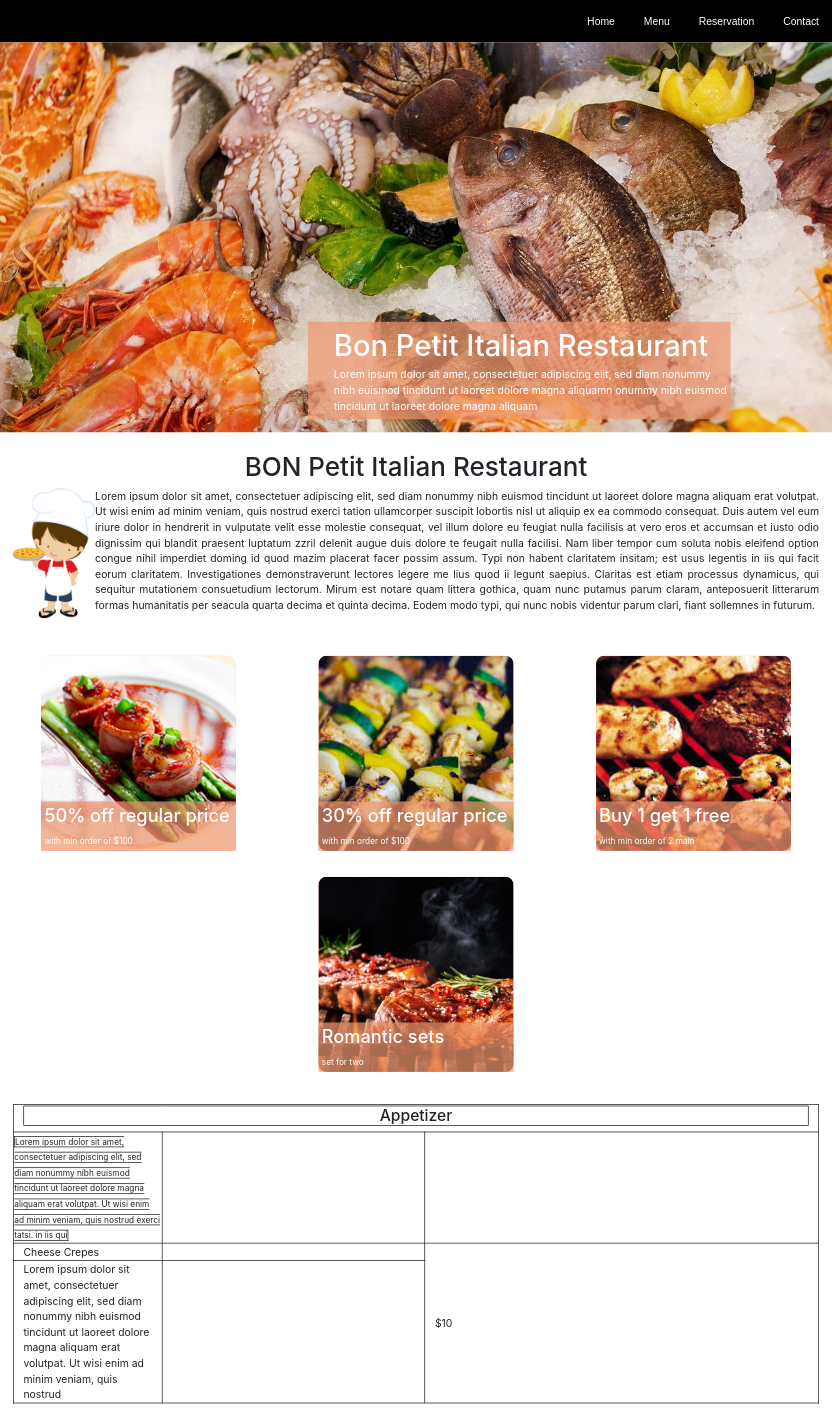
Repository: 4forces/HTML-CSS-LESSON
Page: lesson04-Mock-up-restaurant-tables/mock-up-project.html
The author's editor kept a record of every edit. The page is drawn from the files as they stood at one moment, then again after the next edit.
The browser window is 1280 px wide. The pictures show the whole page, at 65% of full size.

Above is the page before.

### lesson04-Mock-up-restaurant-tables/mock-up-project.html
<!doctype html>
<html lang="en">
  <head>
    <!-- Required meta tags -->
    <meta charset="utf-8">
    <meta name="viewport" content="width=device-width, initial-scale=1, shrink-to-fit=no">

    <!-- Bootstrap CSS -->
    <link rel="stylesheet" href="https://stackpath.bootstrapcdn.com/bootstrap/4.5.0/css/bootstrap.min.css" integrity="sha384-9aIt2nRpC12Uk9gS9baDl411NQApFmC26EwAOH8WgZl5MYYxFfc+NcPb1dKGj7Sk" crossorigin="anonymous">

    <link rel="stylesheet" href="styles/mock-up.css" type="text/css" />
    <title>Hello, world!</title>
  </head>
  <body>
     <!--Navbar -->
    <header>
        <nav>
            <ul>
                <li><a href=''>Home</a></li>
                <li><a href=''>Menu</a></li>
                <li><a href=''>Reservation</a></li>
                <li><a href=''>Contact</a></li>
            </ul>
        </nav>
    </header>
    <!--end of navbar-->

    <!--Hero image with callout-->
    <div id="hero-image">
        <div>&nbsp</div>
        <div id='callout'>
            <h1>Bon Petit Italian Restaurant</h1>
            <p>Lorem ipsum dolor sit amet, consectetuer adipiscing elit,
            sed diam nonummy nibh euismod tincidunt ut laoreet dolore
            magna aliquamn onummy nibh euismod tincidunt ut laoreet dolore
            magna aliquam</p>
        </div>
    </div>

    <!--About us section-->
    <main id='section-about'>
        <h1>BON Petit Italian Restaurant</h1>
        <img src="images/boy_chef.png" alt=''/>
        <p>Lorem ipsum dolor sit amet, consectetuer adipiscing elit,
        sed diam nonummy nibh euismod tincidunt ut laoreet dolore
        magna aliquam erat volutpat. Ut wisi enim ad minim veniam,
        quis nostrud exerci tation ullamcorper suscipit lobortis nisl
        ut aliquip ex ea commodo consequat. Duis autem vel eum iriure
        dolor in hendrerit in vulputate velit esse molestie consequat,
        vel illum dolore eu feugiat nulla facilisis at vero eros et
        accumsan et iusto odio dignissim qui blandit praesent luptatum
        zzril delenit augue duis dolore te feugait nulla facilisi.
        Nam liber tempor cum soluta nobis eleifend option congue
        nihil imperdiet doming id quod mazim placerat facer possim
        assum. Typi non habent claritatem insitam; est usus legentis
        in iis qui facit eorum claritatem. Investigationes
        demonstraverunt lectores legere me lius quod ii legunt saepius.
        Claritas est etiam processus dynamicus, qui sequitur mutationem
        consuetudium lectorum. Mirum est notare quam littera gothica,
        quam nunc putamus parum claram, anteposuerit litterarum formas
        humanitatis per seacula quarta decima et quinta decima. Eodem
        modo typi, qui nunc nobis videntur parum clari, fiant sollemnes
        in futurum.</p>

    </main>

    <!--section-promotion dishes-->
    <div id='section-promo'>
        <div class="promo-1 promo-frame">
            <div class='promo'>
                <h3>50% off regular price</h3>
                <small>with min order of $100</small>
            </div>
        </div>
        <div class="promo-2 promo-frame">
            <div class='promo'>
                <h3>30% off regular price</h3>
                <small>with min order of $100</small>
            </div>
        </div>
        <div class="promo-3 promo-frame">
            <div class='promo'>
                <h3>Buy 1 get 1 free</h3>
                <small>with min order of 2 main</small>
            </div>
        </div>
        <div class="promo-4 promo-frame">
            <div class='promo'>
                <h3>Romantic sets</h3>
                <small>set for two</small>
            </div>
        </div>

    </div>

    <!--Menu table-->
    <div id="section-menu">
        <table>
            <!--header-->
            <tr>
                <td colspan='3' class='col-1' style='text-align:center'><h4>Appetizer</h4></td>
            </tr>
            <!--description-->
            <tr>
                <td>
                    <small>Lorem ipsum dolor sit amet, consectetuer adipiscing elit,
                sed diam nonummy nibh euismod tincidunt ut laoreet dolore
                magna aliquam erat volutpat. Ut wisi enim ad minim veniam,
                quis nostrud exerci tatsi.
                in iis qui </small></td>
                <td></td>
                <td></td>
            </tr>
            <!--dish name-->
            <div></div>
            <tr>
                <td class='col-1'>Cheese Crepes</td>
                <td class='col-2'></td>
                <td rowspan='2' class='col-3'>$10</td>
            </tr>
            <!--description of dish-->
            <tr>
                <td class='col-1'>
                    Lorem ipsum dolor sit amet, consectetuer adipiscing elit,
                    sed diam nonummy nibh euismod tincidunt ut laoreet dolore
                    magna aliquam erat volutpat. Ut wisi enim ad minim veniam,
                    quis nostrud
                </td>
                <td></td>
                <!--<td></td>-->
            </tr>
            </div>
        </table>
    </div>
    <!--reviews by customer    -->

    <!--reservation form-->

    <!--footer to social media-->

    <!-- Optional JavaScript -->
    <!-- jQuery first, then Popper.js, then Bootstrap JS -->
    <script src="https://code.jquery.com/jquery-3.5.1.slim.min.js" integrity="sha384-DfXdz2htPH0lsSSs5nCTpuj/zy4C+OGpamoFVy38MVBnE+IbbVYUew+OrCXaRkfj" crossorigin="anonymous"></script>
    <script src="https://cdn.jsdelivr.net/npm/popper.js@1.16.0/dist/umd/popper.min.js" integrity="sha384-Q6E9RHvbIyZFJoft+2mJbHaEWldlvI9IOYy5n3zV9zzTtmI3UksdQRVvoxMfooAo" crossorigin="anonymous"></script>
    <script src="https://stackpath.bootstrapcdn.com/bootstrap/4.5.0/js/bootstrap.min.js" integrity="sha384-OgVRvuATP1z7JjHLkuOU7Xw704+h835Lr+6QL9UvYjZE3Ipu6Tp75j7Bh/kR0JKI" crossorigin="anonymous"></script>
  </body>
</html>

### lesson04-Mock-up-restaurant-tables/styles/mock-up.css
body{
    margin : 0;
    padding: 0;
}
/*Navbar */
nav ul {
    background-color: black;
    margin:0;
    padding:0;
    text-align: right;
}
nav li {
    display: inline-block ; /* block inline inline-block flex... */
    padding : 20px;
}
nav  a{
    text-decoration: none;
    color : white;
    cursor: crosshair;
    font-family: 'Montserrat', sans-serif;

}
/*end of navbar */
#hero-image {
    height: 600px;
    background-image: url(../images/seafood-banner.jpg);
    background-repeat: no-repeat;
    background-position: 60% 0%;
    background-size: cover;
    position: relative;

    display : flex;
    justify-content: space-around;
    align-items:flex-end;
}
#callout {
    width :650px;
    height: 150px;
    background-color: rgba(240, 151, 110, 0.7);
    padding-top : 10px;
    padding-left: 40px;
    padding-right: 5px;
    color : white;

    margin-bottom: 20px;
}
#callout h1 {
    font-size: 280%;
    margin-bottom: 5px;
}

/*section about*/
#section-about {
    padding: 30px 20px;
    text-align: center;
    min-height :300px;
}
#section-about img {
    height :200px;
    float : left;
}
#section-about p {
    text-align: justify;
}


#section-promo {
    min-height: 300px;
    display: flex;
    justify-content : space-around;
    flex-wrap : wrap;
}
.promo-1 {
    background-image: url(../images/smoked_duck_scallops_with_XO_sauce.jpg);
}
.promo-2 {
    background-image: url(../images/bbq-skews.jpeg);
}
.promo-3 {
    background-image: url(../images/bbq-food.jpeg);
}
.promo-4 {
    background-image: url(../images/bbq-beef.jpg);
}
.promo-frame{
    background-position: center;
    background-repeat: no-repeat;
    background-size: cover;
    height: 300px;
    width : 300px;
    background-color: red;
    margin : 20px;
    border-radius: 12px;

    display : flex;
    align-items: flex-end;
}
.promo {
    padding : 5px;
    background-color: rgba(240, 151, 110, 0.7);
    color:white;
    width:100%;
}

#section-menu {
    padding: 30px 20px;
    min-height :300px;
}
table {
    width :100%;
}
table * {
    border : 1px black solid;
}

After the next edit:
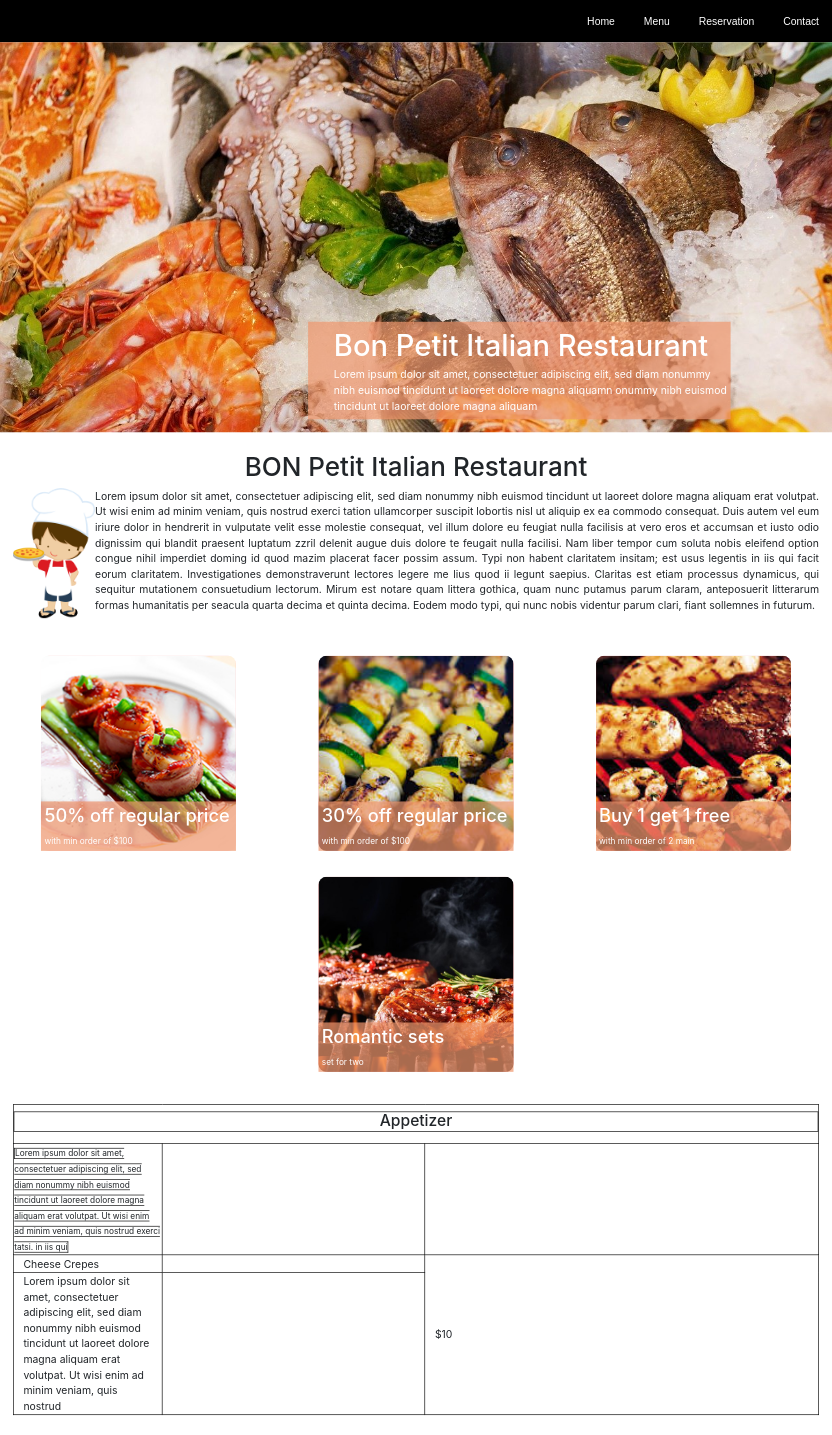
The edit:
--- a/lesson04-Mock-up-restaurant-tables/mock-up-project.html
+++ b/lesson04-Mock-up-restaurant-tables/mock-up-project.html
@@ -98,7 +98,7 @@
         <table>
             <!--header-->
             <tr>
-                <td colspan='3' class='col-1' style='text-align:center'><h4>Appetizer</h4></td>
+                <td colspan='3' class='col-1' style='text-align:center; padding: 10px 0; '><h4>Appetizer</h4></td>
             </tr>
             <!--description-->
             <tr>
